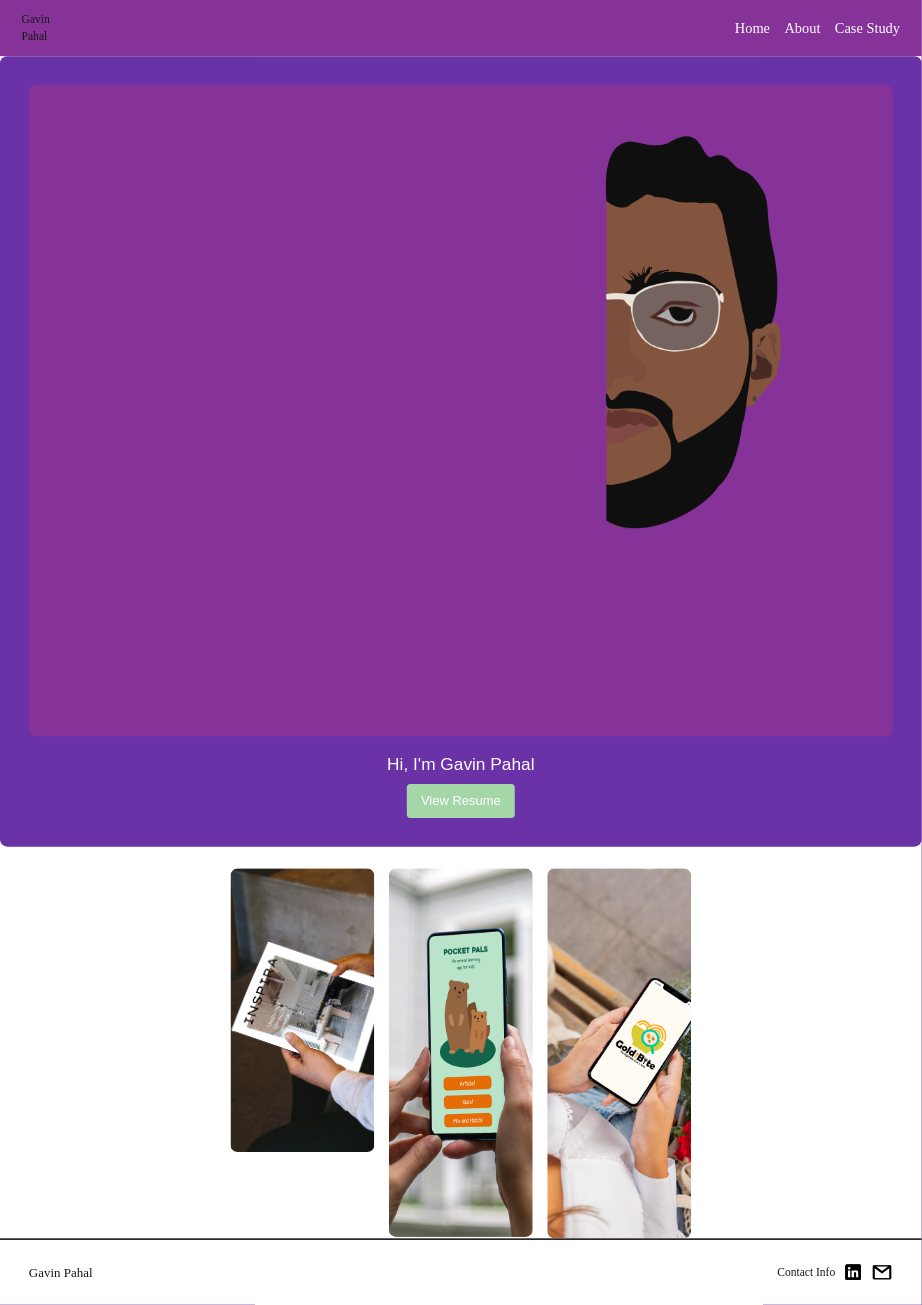
Repository: GavinPahal/portfolios
Page: /Home
The author's editor kept a copy of each file at every save. The page is drawn from the files as they stood at one save, then again after the next save.
The browser window is 1280 px wide. The pictures show the whole page, at 72% of full size.
The project was rebuilt for these pictures with package versions that can differ from the ones it lists, and the page was loaded fresh each time. The framework's server and built-in components were replaced by stand-ins that run in the browser. Also part of the build but not shown: next.config.mjs, components/BackToTop/BackToTop.module.css.

Above is the page before, as saved 2025-02-06 12:58:43.

After the next save:
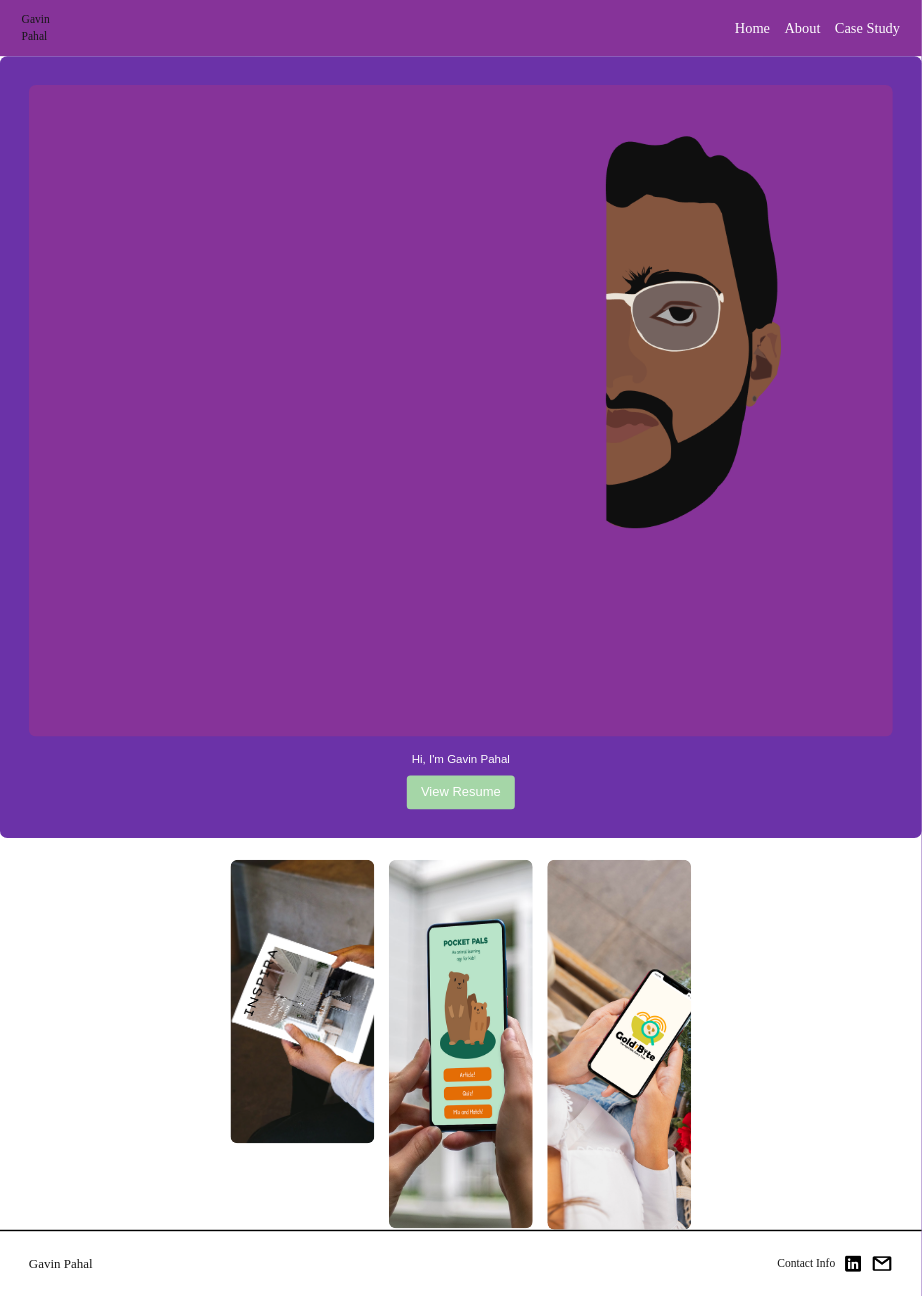
Saved 46 s later.
--- a/components/HeroSection/HeroSection.module.css
+++ b/components/HeroSection/HeroSection.module.css
@@ -22,7 +22,7 @@
     align-items: center;
   }
 
-  h1 {
+  .h1 {
     margin: 0;
     font-size: 24px;
   }
